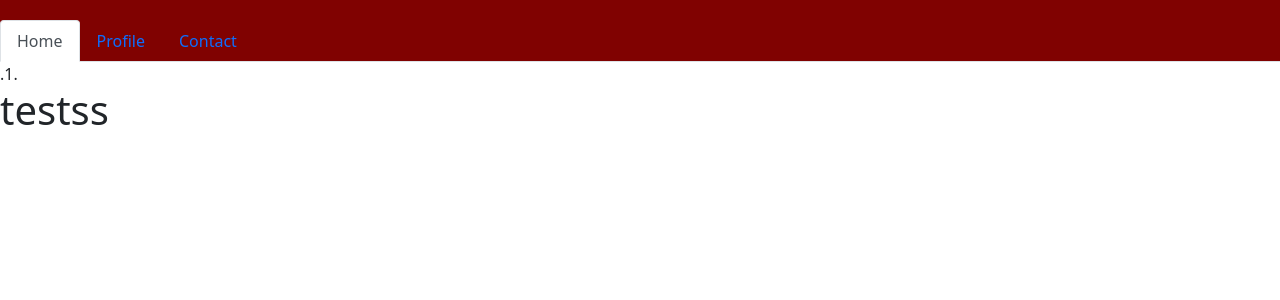
Repository: WaiMaungMaung/Mgr-site
Page: http://localhost/
These files come from the project's save history. The page is drawn as it stood at one moment and after the next save; the edit follows.
The browser window is 1280 px wide. The pictures show the whole page.
The page is served by the project's Laravel application, run on PHP 8.4 with Laravel 9. Other server files are loaded and not shown.

Above is the page before, as saved 2022-04-06 09:23:09.

### resources/views/welcome.blade.php
@extends('layouts.app')
<div id="container">
    <ul class="nav nav-tabs home" id="myTab" role="tablist">
        <li class="nav-item" role="presentation">
            <button class="nav-link active sub-nav" id="home-tab" data-bs-toggle="tab" data-bs-target="#home"
                type="button" role="tab" aria-controls="home" aria-selected="true">Home</button>
        </li>
        <li class="nav-item" role="presentation">
            <button class="nav-link" id="profile-tab" data-bs-toggle="tab" data-bs-target="#profile" type="button"
                role="tab" aria-controls="profile" aria-selected="false">Profile</button>
        </li>
        <li class="nav-item" role="presentation">
            <button class="nav-link" id="contact-tab" data-bs-toggle="tab" data-bs-target="#contact" type="button"
                role="tab" aria-controls="contact" aria-selected="false">Contact</button>
        </li>
    </ul>
    <div class="tab-content" id="myTabContent">
        <div class="tab-pane fade show active" id="home" role="tabpanel" aria-labelledby="home-tab">.1.</div>
        <div class="tab-pane fade" id="profile" role="tabpanel" aria-labelledby="profile-tab">.2.</div>
        <div class="tab-pane fade" id="contact" role="tabpanel" aria-labelledby="contact-tab">.3.</div>
    </div>

</div>

### resources/views/layouts/app.blade.php
<!doctype html>
<html lang="en">

<head>
    <!-- Required meta tags -->
    <meta charset="utf-8">
    <meta name="viewport" content="width=device-width, initial-scale=1">

    <!-- Bootstrap CSS -->


    <link href="https://cdn.jsdelivr.net/npm/bootstrap@5.1.3/dist/css/bootstrap.min.css" rel="stylesheet"
        integrity="sha384-1BmE4kWBq78iYhFldvKuhfTAU6auU8tT94WrHftjDbrCEXSU1oBoqyl2QvZ6jIW3" crossorigin="anonymous">

    <title>Hello, world!</title>
    <style type="text/css">
        .home {
            background: #800201;
            padding-top: 20px;
            color: white;
        }

    </style>
</head>

<body>
    <h1>testss</h1>
    <!-- Optional JavaScript; choose one of the two! -->

    <!-- Option 1: Bootstrap Bundle with Popper -->
    <script src="https://cdn.jsdelivr.net/npm/bootstrap@5.1.3/dist/js/bootstrap.bundle.min.js"
        integrity="sha384-ka7Sk0Gln4gmtz2MlQnikT1wXgYsOg+OMhuP+IlRH9sENBO0LRn5q+8nbTov4+1p" crossorigin="anonymous">
    </script>

    <!-- Option 2: Separate Popper and Bootstrap JS -->
    <!--
    <script src="https://cdn.jsdelivr.net/npm/@popperjs/core@2.10.2/dist/umd/popper.min.js"
        integrity="sha384-7+zCNj/IqJ95wo16oMtfsKbZ9ccEh31eOz1HGyDuCQ6wgnyJNSYdrPa03rtR1zdB" crossorigin="anonymous">
    </script>
    <script src="https://cdn.jsdelivr.net/npm/bootstrap@5.1.3/dist/js/bootstrap.min.js"
        integrity="sha384-QJHtvGhmr9XOIpI6YVutG+2QOK9T+ZnN4kzFN1RtK3zEFEIsxhlmWl5/YESvpZ13" crossorigin="anonymous">
    </script>
    -->
    @yield('content')
</body>

</html>

Loaded but not shown: routes/web.php (common file)

After the next save:
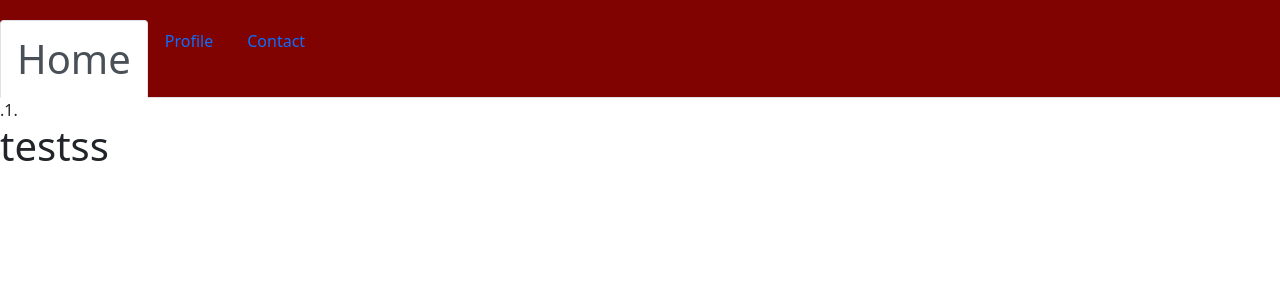
Saved 24 s later.
--- a/resources/views/layouts/app.blade.php
+++ b/resources/views/layouts/app.blade.php
@@ -18,6 +18,10 @@
             background: #800201;
             padding-top: 20px;
             color: white;
+        }
+
+        .sub-nav {
+            font-size: 40px;
         }
 
     </style>

After the save that followed:
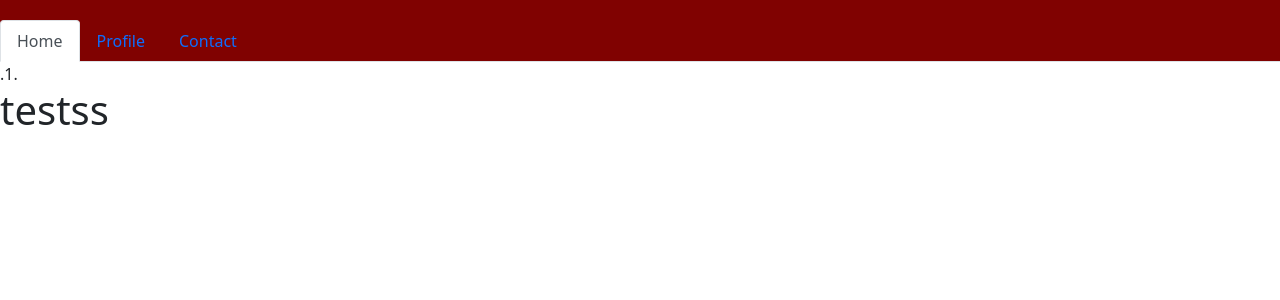
Saved 13 s later.
--- a/resources/views/layouts/app.blade.php
+++ b/resources/views/layouts/app.blade.php
@@ -21,7 +21,7 @@
         }
 
         .sub-nav {
-            font-size: 40px;
+            color: red;
         }
 
     </style>
